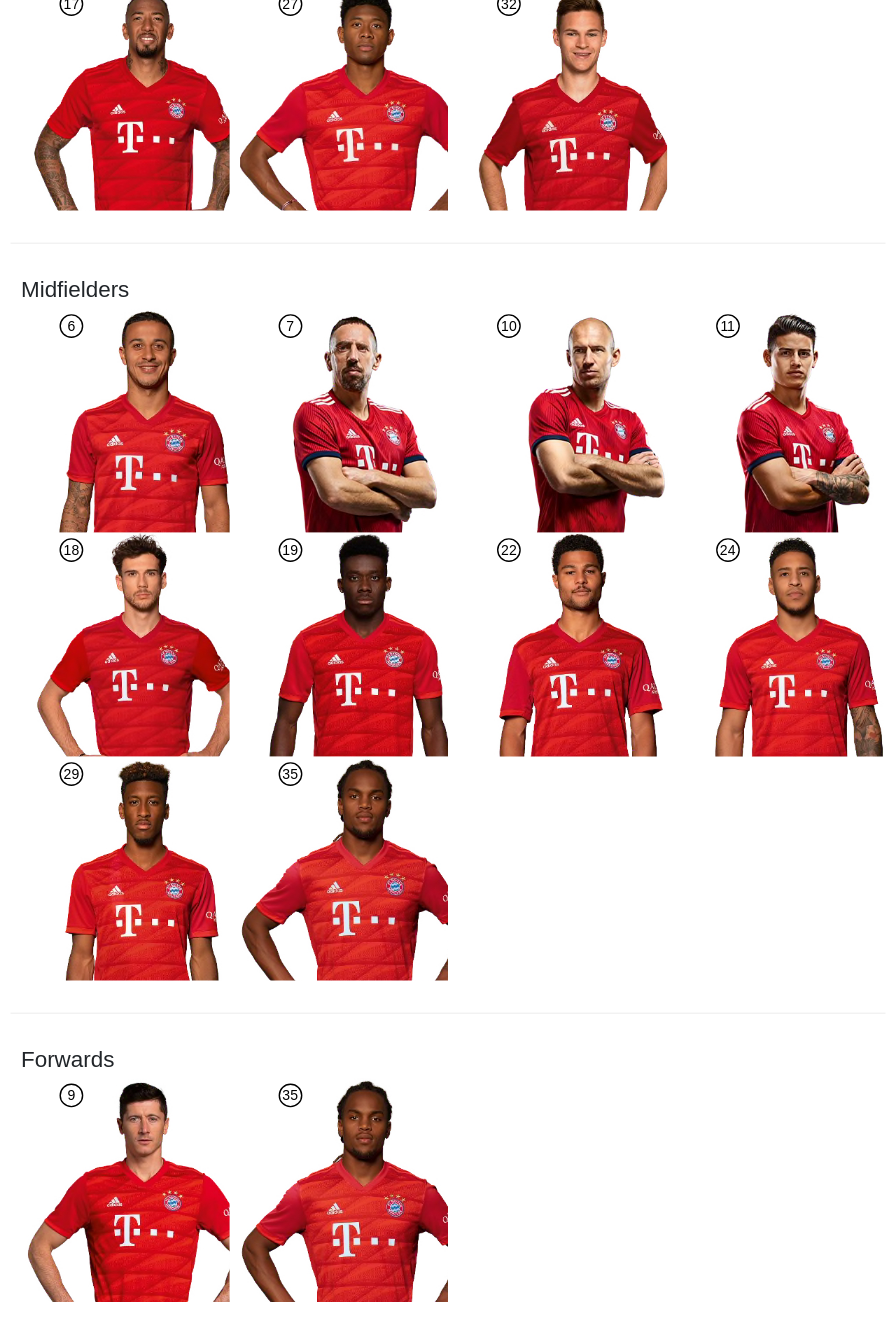
Repository: Code-Institute-Submissions/alnibo-milestone-project-1
Page: team.html
The author's editor kept a record of every edit. The page is drawn from the files as they stood at one moment, then again after the next edit.
The browser window is 1280 px wide. The pictures show the part of the page from y = 1677 to 3597 px (the page is 3597 px tall), at 70% of full size.
Some web fonts or font styles are not loaded; a fallback is used.

Above is the page before.

### team.html
<!DOCTYPE html>
<html lang="en">

<head>
    <meta charset="UTF-8">
    <meta name="viewport" content="width=device-width, initial-scale=1.0">
    <link rel="stylesheet" href="https://stackpath.bootstrapcdn.com/bootstrap/4.3.1/css/bootstrap.min.css" type="text/css" />
    <link rel="stylesheet" href="https://stackpath.bootstrapcdn.com/font-awesome/4.7.0/css/font-awesome.min.css" type="text/css" />
    <link rel="stylesheet" href="assets/css/style.css">
    <title>FC Bayern</title>
</head>

<body>

    <!---------------------------------------------------- Navbar -->
    <nav class="navbar navbar-expand-sm navbar-dark fixed-top">
        <a class="navbar-brand" href="index.html">
            <img src="assets/images/logo.png" width="30" height="30" class="d-inline-block" class="d-inline-block align-center">FC Bayern
        </a>
        <button class="navbar-toggler" type="button" data-toggle="collapse" data-target="#navbarNavDropdown" aria-controls="navbarNavDropdown" aria-expanded="false" aria-label="Toggle navigation">
            <span class="navbar-toggler-icon"></span>
        </button>

        <div class="collapse navbar-collapse" id="navbarNavDropdown">
            <ul class="navbar-nav">
                <li class="nav-item active">
                    <a class="nav-link" href="index.html">Home <span class="sr-only">(current)</span></a>
                </li>
                <li class="nav-item">
                    <a class="nav-link" href="about.html">About</a>
                </li>
                <li class="nav-item dropdown">
                    <a class="nav-link dropdown-toggle" href=#" id="navbarDropdownMenuLink" data-toggle="dropdown" aria-haspopup="true" aria-expanded="false">Team
                    </a>
                    <div class="dropdown-menu" aria-labelledby="navbarDropdownMenuLink">
                        <a class="dropdown-item" href="team.html">All</a>
                        <a class="dropdown-item" href="#goalkeepers">Goalkeepers</a>
                        <a class="dropdown-item" href="#defenders">Defenders</a>
                        <a class="dropdown-item" href="#midfielders">Midfielders</a>
                        <a class="dropdown-item" href="#forwards">Forwards</a>
                    </div>
                </li>
                <li class="nav-item">
                    <a class="nav-link" href="matches.html">Matches</a>
                </li>
                <li class="nav-item">
                    <a class="nav-link" href="table.html">Table</a>
                </li>
            </ul>
        </div>
    </nav>


    <!---------------------------------------------------- Content -->

    <div class="container-fluid team">
        <div class="row">
            <img class="team-pic" src="assets/images/team.jpg" alt="team picture">
        </div>
        <div class="row">
            <a class="btn btn-sm btn-outline-danger btn--team" href="#goalkeepers">Goalkeepers</a>
            <a class="btn btn-sm btn-outline-danger btn--team" href="#defenders">Defenders</a>
            <a class="btn btn-sm btn-outline-danger btn--team" href="#midfielders">Midfielders</a>
            <a class="btn btn-sm btn-outline-danger btn--team" href="#forwards">Forwards</a>
        </div>
    </div>

    <div id="goalkeepers" class="container-fluid field-position">
        <h2>Goalkeepers</h2>
        <div class="row">
            <div class="col-12 col-sm-6 col-md-4 col-lg-3 player-pic">
                <img src="assets/images/1manuelneuer.jpg">
                <div class="text-centered1">Manuel Neuer</div>
                <div class="text-centered2">27.03.1986</div>
                <div class="shirt-number">1</div>
            </div>

            <div class="col-12 col-sm-6 col-md-4 col-lg-3 player-pic">
                <img src="assets/images/26svenulreich.jpg">
                <div class="text-centered1">Sven Ulreich</div>
                <div class="text-centered2">03.08.1988</div>
                <div class="shirt-number">26</div>
            </div>

            <div class="col-12 col-sm-6 col-md-4 col-lg-3 player-pic">
                <img src="assets/images/36christianfruechtl.jpg">
                <div class="text-centered1">Christian Früchtl</div>
                <div class="text-centered2">28.01.2000</div>
                <div class="shirt-number">36</div>
            </div>

            <div class="col-12 col-sm-6 col-md-4 col-lg-3 player-pic">
                <img src="assets/images/39ronthorbenhoffmann.jpg">
                <div class="text-centered1">Ron-Thorben Hoffmann</div>
                <div class="text-centered2">04.04.1999</div>
                <div class="shirt-number">39</div>
        </div>
    </div>

    <hr class="block-divider">

    <div id="defenders" class="container-fluid field-position">
        <h2>Defenders</h2>
        <div class="row">
            <div class="col-12 col-sm-6 col-md-4 col-lg-3 player-pic">
                <img src="assets/images/4niklassuele.jpg">
                <div class="text-centered1">Niklas Süle</div>
                <div class="text-centered2">03.09.1995</div>
                <div class="shirt-number">4</div>
            </div>

            <div class="col-12 col-sm-6 col-md-4 col-lg-3 player-pic">
                <img src="assets/images/5matshummels.jpg">
                <div class="text-centered1">Mats Hummels</div>
                <div class="text-centered2">16.12.1988</div>
                <div class="shirt-number">5</div>
            </div>

            <div class="col-12 col-sm-6 col-md-4 col-lg-3 player-pic">
                <img src="assets/images/8javimartinez.jpg">
                <div class="text-centered1">Javi Martínez</div>
                <div class="text-centered2">02.09.1988</div>
                <div class="shirt-number">8</div>
            </div>

            <div class="col-12 col-sm-6 col-md-4 col-lg-3 player-pic">
                <img src="assets/images/13rafinha.jpg">
                <div class="text-centered1">Rafinha</div>
                <div class="text-centered2">07.09.1985</div>
                <div class="shirt-number">13</div>
            </div>

             <div class="col-12 col-sm-6 col-md-4 col-lg-3 player-pic">
                <img src="assets/images/17jeromeboateng.jpg">
                <div class="text-centered1">Jérôme Boateng</div>
                <div class="text-centered2">03.09.1988</div>
                <div class="shirt-number">17</div>
            </div>

            <div class="col-12 col-sm-6 col-md-4 col-lg-3 player-pic">
                <img src="assets/images/27davidalaba.jpg">
                <div class="text-centered1">David Alaba</div>
                <div class="text-centered2">24.06.1992</div>
                <div class="shirt-number">27</div>
            </div>

            <div class="col-12 col-sm-6 col-md-4 col-lg-3 player-pic">
                <img src="assets/images/32joshuakimmich.jpg">
                <div class="text-centered1">Joshua Kimmich</div>
                <div class="text-centered2">08.02.1995</div>
                <div class="shirt-number">32</div>
            </div>
        </div>
    </div>

    <hr class="block-divider">

    <div id="midfielders" class="container-fluid field-position">
        <h2>Midfielders</h2>
        <div class="row">
            <div class="col-12 col-sm-6 col-md-4 col-lg-3 player-pic">
                <img src="assets/images/6thiago.jpg">
                <div class="text-centered1">Thiago</div>
                <div class="text-centered2">11.04.1991</div>
                <div class="shirt-number">6</div>
            </div>

            <div class="col-12 col-sm-6 col-md-4 col-lg-3 player-pic">
                <img src="assets/images/7franckribery.jpg">
                <div class="text-centered1">Franck Ribéry</div>
                <div class="text-centered2">07.04.1983</div>
                <div class="shirt-number">7</div>
            </div>

            <div class="col-12 col-sm-6 col-md-4 col-lg-3 player-pic">
                <img src="assets/images/10arjenrobben.jpg">
                <div class="text-centered1">Arjen Robben</div>
                <div class="text-centered2">23.01.1984</div>
                <div class="shirt-number">10</div>
            </div>

            <div class="col-12 col-sm-6 col-md-4 col-lg-3 player-pic">
                <img src="assets/images/11jamesrodriguez.jpg">
                <div class="text-centered1">James Rodríguez</div>
                <div class="text-centered2">12.07.1991</div>
                <div class="shirt-number">11</div>
            </div>

            <div class="col-12 col-sm-6 col-md-4 col-lg-3 player-pic">
                <img src="assets/images/18leongoretzka.jpg">
                <div class="text-centered1">Leon Goretzka</div>
                <div class="text-centered2">06.02.1995</div>
                <div class="shirt-number">18</div>
            </div>

            <div class="col-12 col-sm-6 col-md-4 col-lg-3 player-pic">
                <img src="assets/images/19alphonsodavies.jpg">
                <div class="text-centered1">Alphonso Davies</div>
                <div class="text-centered2">02.11.2000</div>
                <div class="shirt-number">19</div>
            </div>

            <div class="col-12 col-sm-6 col-md-4 col-lg-3 player-pic">
                <img src="assets/images/22sergegnabry.jpg">
                <div class="text-centered1">Serge Gnabry</div>
                <div class="text-centered2">14.07.1995</div>
                <div class="shirt-number">22</div>
            </div>

            <div class="col-12 col-sm-6 col-md-4 col-lg-3 player-pic">
                <img src="assets/images/24corentintolisso.jpg">
                <div class="text-centered1">Corentin Tolisso</div>
                <div class="text-centered2">03.08.1994</div>
                <div class="shirt-number">24</div>
            </div>

            <div class="col-12 col-sm-6 col-md-4 col-lg-3 player-pic">
                <img src="assets/images/29kingsleycoman.jpg">
                <div class="text-centered1">Kingsley Coman</div>
                <div class="text-centered2">13.06.1996</div>
                <div class="shirt-number">29</div>
            </div>

            <div class="col-12 col-sm-6 col-md-4 col-lg-3 player-pic">
                <img src="assets/images/35renatosanches.jpg">
                <div class="text-centered1">Renato Sanches</div>
                <div class="text-centered2">18.08.1997</div>
                <div class="shirt-number">35</div>
            </div>

        </div>
    </div>

    <hr class="block-divider">

    <div id="forwards" class="container-fluid field-position">
        <h2>Forwards</h2>
        <div class="row">
            <div class="col-12 col-sm-6 col-md-4 col-lg-3 player-pic">
                <img src="assets/images/9robertlewandowski.jpg">
                <div class="text-centered1">Robert Lewandowski</div>
                <div class="text-centered2">21.08.1988</div>
                <div class="shirt-number">9</div>
            </div>

            <div class="col-12 col-sm-6 col-md-4 col-lg-3 player-pic">
                <img src="assets/images/35renatosanches.jpg">
                <div class="text-centered1">Renato Sanches</div>
                <div class="text-centered2">18.08.1997</div>
                <div class="shirt-number">35</div>
            </div>

        </div>
    </div>

    <div class="container-fluid spaceholder">

    </div>

    <!---------------------------------------------------- Footer -->

    <footer class="container-fluid fixed-bottom">
        <div class="footer-details row">
            <div class="col-sm-12">
                <h5 class="social">Follow FC Bayern!</h5>
                <ul class="list-inline social-links">
                    <li class="list-inline-item">
                        <a target="_blank" href="https://www.facebook.com/fcbayern.en/">
                            <i class="fa fa-facebook" aria-hidden="true"></i>
                            <span class="sr-only">Facebook</span>
                        </a>
                    </li>
                    <li class="list-inline-item">
                        <a target="_blank" href="https://www.instagram.com/fcbayern/?hl">
                            <i class="fa fa-instagram" aria-hidden="true"></i>
                            <span class="sr-only">Instagram</span>
                        </a>
                    </li>
                    <li class="list-inline-item">
                        <a target="_blank" href="https://www.youtube.com/user/fcbayern">
                            <i class="fa fa-youtube" aria-hidden="true"></i>
                            <span class="sr-only">YouTube</span>
                        </a>
                    </li>
                    <li class="list-inline-item">
                        <a target="_blank" href="https://twitter.com/FCBayern">
                            <i class="fa fa-twitter" aria-hidden="true"></i>
                            <span class="sr-only">Twitter</span>
                        </a>
                    </li>
                </ul>
            </div>
        </div>
    </footer>

    <script src="https://code.jquery.com/jquery-3.3.1.slim.min.js" integrity="sha384-q8i/X+965DzO0rT7abK41JStQIAqVgRVzpbzo5smXKp4YfRvH+8abtTE1Pi6jizo" crossorigin="anonymous"></script>
    <script src="https://stackpath.bootstrapcdn.com/bootstrap/4.1.3/js/bootstrap.min.js" integrity="sha384-ChfqqxuZUCnJSK3+MXmPNIyE6ZbWh2IMqE241rYiqJxyMiZ6OW/JmZQ5stwEULTy" crossorigin="anonymous"></script>
</body>

</html>

### assets/css/style.css
@import url('https://fonts.googleapis.com/css?family=Antic+Didone&display=swap:100,200,300,400,500,600,700');

body {
    font-family: 'Antic Didone', sans-serif;
    min-width: 300px;
}

/* ---------------------------------------------------- Header */

.navbar {
    margin-bottom: 0;
    width: 100%;
    background-color: black;
    border: 0;
}

.navbar .navbar-brand {
    font-weight: 700;
}

.navbar .navbar-toggler {
    border: 0;
}


/* ---------------------------------------------------- Footer */

footer {
    text-align: center;
    background-color: black;
    color: white;
    min-height: 100px;
    min-width: 300px;
    margin: 0;
}

.social {
    font-family: "Antic Didone", sans-serif;
    font-size: 18px;
    font-weight: 500;
}

.social-links li {
    padding: 0 5px;
}

.social-links li a i {
    width: 32px;
    height: 32px;
    padding: 12px 0;
    border-radius: 50%;
    font-size: 15px;
    line-height: 7px;
    text-align: center;
    color: #fafafa;
    background: #8f8f8f;
    transition: all 0.35s ease-in-out;
    -moz-transition: all 0.35s ease-in-out;
    -webkit-transition: all 0.35s ease-in-out;
    -o-transition: all 0.35s ease-in-out;
}

.social-links li a i:hover {
    background: #ee0946;
}

.footer-details {
    padding: 20px;
}

/* ---------------------------------------------------- Home */

.intro1 {
    font-family: "Antic Didone", sans-serif;
    font-weight: 700;
    text-align: center;
    color: #ee0946;
    padding-top: 200px;
    padding-bottom: 30px;
}

.intro2 {
    font-family: "Antic Didone", sans-serif;
    text-align: center;
    color: #ee0946;
    padding-bottom: 100px;
}

.intro3 {
    text-align: center;
    padding-top: 50px;
    height: 30vw;
}

.intro-container {
    height: 100vh;
    min-height: 900px;
    background-image: url('../images/arena-outside.jpg');
    background-attachment: fixed;
    background-position: center;
    background-repeat: no-repeat;
    background-size: cover;

    position: relative;
}


/* ---------------------------------------------------- About */

.about-container {
    height: 850px;
    background-color: rgba(0,0,0,1);
/*    background-image: url('../images/grasscutter.jpg');
    background-attachment: fixed;
    background-position: right;
    background-repeat: no-repeat;
    background-size: cover;*/
}

.about1 {
    font-family: "Antic Didone", sans-serif;
    font-size:30px;
    font-weight: 700;
    text-align: center;
    color: #ee0946;
    padding-top: 150px;
    padding-bottom: 60px;
}

.about-text {
    font-family: "Antic Didone", sans-serif;
    font-size:20px;
    font-weight: 500;
    color: white;
    text-align: center;
}

.titels {
    /*background-color: rgba(0,0,0,0.4);*/
    background-image: url('../images/grasscutter.jpg');
    background-attachment: fixed;
    background-position: right;
    background-repeat: no-repeat;
    background-size: cover;
    min-height: 800px;
}

.section-header {
    font-family: "Antic Didone", sans-serif;
    font-size:30px;
    font-weight: 700;
    text-align: center;
    color: #ee0946;
    padding-top: 50px;
    padding-bottom: 50px;
}

.left-container {
    line-height: 50px;
    height: 50px;
}

.sub-section-header{
    font-size:20px;
    font-weight: 700;
    text-align: center;
    color: #ee0946;
}

.right-container {
    font-size:20px;
    font-weight: 500;
    color: white;
    text-align: center;
    padding: 20px;
}

.cups {
    padding: 5px;
}


/* ---------------------------------------------------- Team */

.team-pic {
    width: 100%;
    margin-top: 58px;
    margin-bottom: 20px;
}

.btn--team {
    font-weight: bold;
    border-radius: 10px;
    margin: 2px;
}

.field-position {
    padding-top: 30px;
    padding-bottom: 30px;
}

.player-pic {
    width:240px;
    height: 320px;
    overflow: hidden;
    position: relative;
    text-align: center;
    color: white;
}

.shirt-number {
    position: absolute;
    top: 8px;
    left: 70px;
    color: black;
    font-size: 20px;
    border: 0.125rem solid black;
    width: 34px;
    height: 34px;
    border-radius: 50%;
}

.text-centered1 {
    display: none;
    position: absolute;
    top: 50%;
    left: 50%;
    transform: translate(-50%,-50%);
    background-color: rgba(0,0,0,0.7);
    padding: 0 5px;
    font-size: 17px;
}

.text-centered2 {
    display: none;
    position: absolute;
    top: 50%;
    left: 50%;
    transform: translate(-50%,+90%);
    background-color: rgba(0,0,0,0.7);
    padding: 0 5px;
    font-size: 13px;
}

.player-pic:hover img {
    opacity: 0.6;
}

.player-pic:hover .text-centered1 {
    display: block;
}

.player-pic:hover .text-centered2 {
    display: block;
}


/* ---------------------------------------------------- Media Queries */

@media (min-width:500px) {
    .about-container {
        height: 850px;
    }
}

@media (min-width:760px) {
    .about-container {
        height: 700px;
    }

    .about-text {
        padding: 0px 50px;
    }
}

@media (min-width:768px) {
    .left-container {
        line-height: 200px;
        height: 200px;
    }
}

@media (min-width:991px) {
    .about-text {
        padding: 0px 100px;
    }
}

@media (min-width:1030px) {
    .about-text {
        padding: 0px 200px;
    }
}

After the next edit:
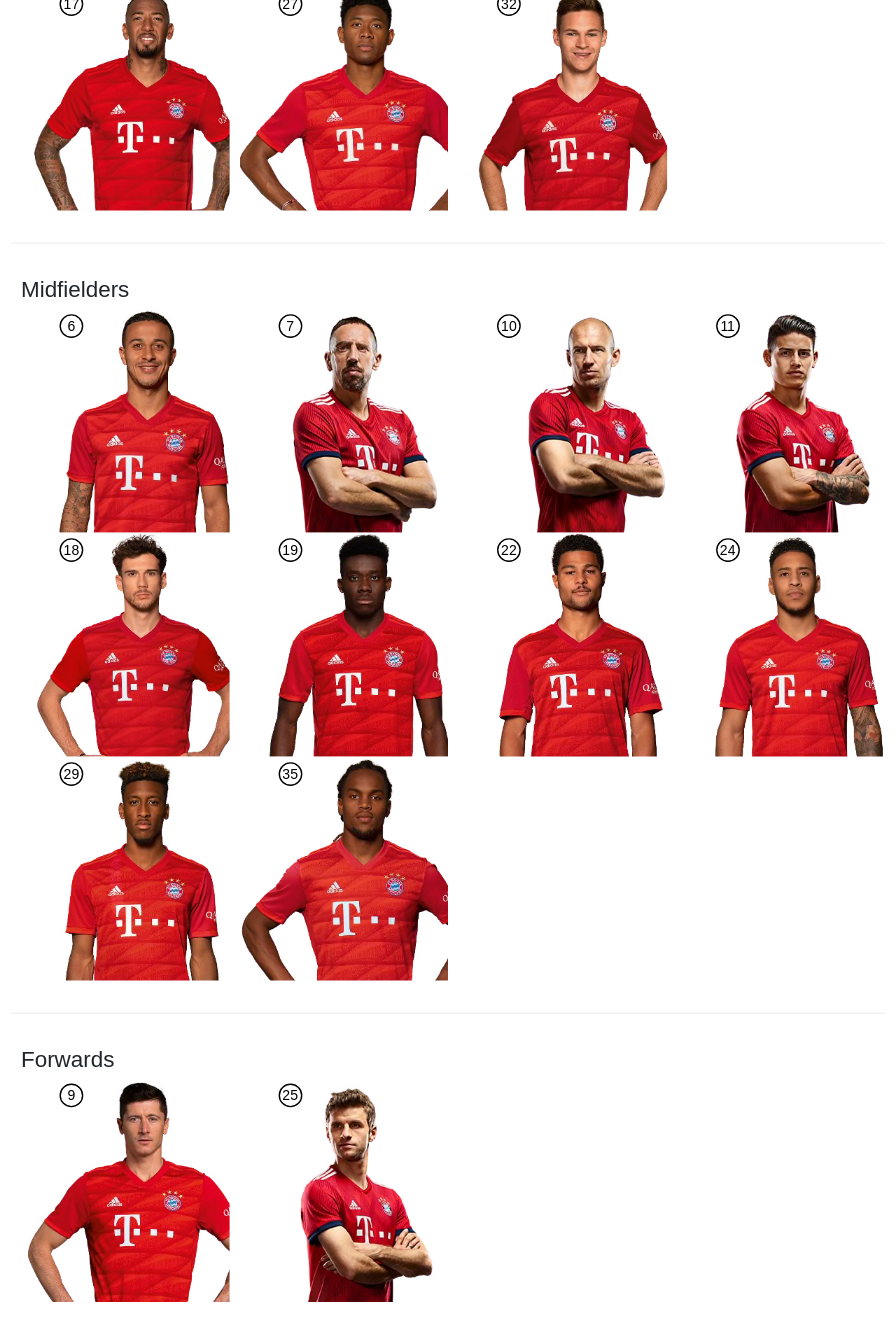
The edit:
--- a/team.html
+++ b/team.html
@@ -244,10 +244,10 @@
             </div>
 
             <div class="col-12 col-sm-6 col-md-4 col-lg-3 player-pic">
-                <img src="assets/images/35renatosanches.jpg">
-                <div class="text-centered1">Renato Sanches</div>
-                <div class="text-centered2">18.08.1997</div>
-                <div class="shirt-number">35</div>
+                <img src="assets/images/25thomasmueller.jpg">
+                <div class="text-centered1">Thomas Müller</div>
+                <div class="text-centered2">13.09.1989</div>
+                <div class="shirt-number">25</div>
             </div>
 
         </div>
